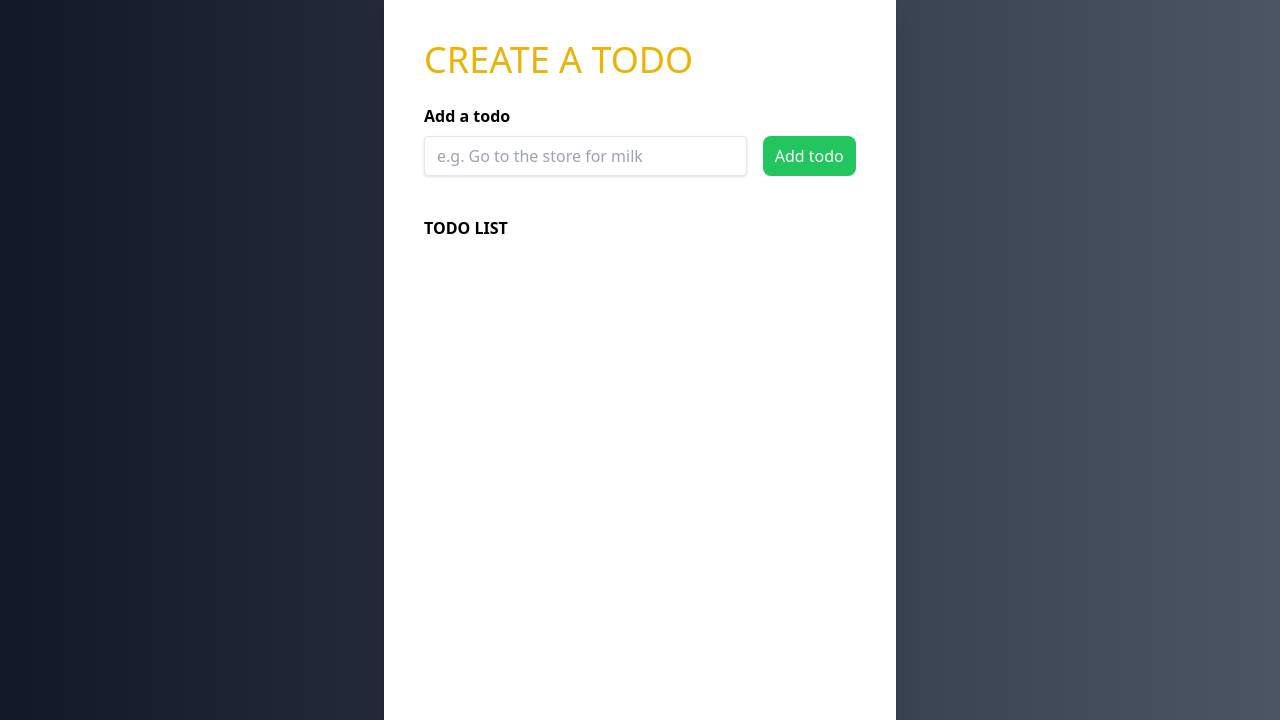
Repository: Kajo-lab/vue-todo
Page: /
An editor plug-in stored every save of this project. The page is shown before and after the next save, followed by the edit.
The browser window is 1280 px wide. The pictures show the whole page.
The project was rebuilt for these pictures with package versions that can differ from the ones it lists, and the page was loaded fresh each time. Also part of the build but not shown: vite.config.js, webpack.config.js.

Above is the page before, as saved 2022-07-07 19:21:39.

### src/main.js
import { createApp } from 'vue'
import App from './App.vue'
import "./assets/tailwind.css";

createApp(App).mount('#app')

### src/App.vue
<script setup>
import { ref, onMounted, computed, watch } from 'vue'

const todos = ref([])
const name = ref('')

const input_content = ref('')

const todos_asc = computed(() => todos.value.sort((a,b) =>{
	return a.createdAt - b.createdAt
}))

watch(name, (newVal) => {
	localStorage.setItem('name', newVal)
})

watch(todos, (newVal) => {
	localStorage.setItem('todos', JSON.stringify(newVal))
}, {
	deep: true
})

const addTodo = () => {
  if (input_content.value.trim() === '') {
    return
  }

	todos.value.push({
		content: input_content.value,
		done: false,
		editable: false,
		createdAt: new Date().getTime()
	})

	input_content.value = ''
}

const removeTodo = (todo) => {
	todos.value = todos.value.filter((t) => t !== todo)
}

onMounted(() => {
	name.value = localStorage.getItem('name') || ''
	todos.value = JSON.parse(localStorage.getItem('todos')) || []
})
</script>

<template>

<main class="bg-gradient-to-b from-gray-900 to-gray-600 bg-gradient-to-r">
	<div class="relative min-h-screen bg-white px-6 pt-10 pb-8 shadow-xl ring-1 ring-gray-900/5 sm:mx-auto sm:max-w-lg sm:px-10">
		<section class="mb-10">
		<h1 class="text-4xl text-yellow-500 mb-6">CREATE A TODO</h1>
				<h3 class="mb-2 font-bold">Add a todo</h3>
				<form id="new-todo-form" class="flex-none sm:flex" @submit.prevent="addTodo">
					<input
						class="shadow appearance-none border rounded w-full py-2 px-3 text-gray-700 leading-tight focus:outline-none focus:shadow-outline"
						type="text"
						name="content"
						id="content"
						placeholder="e.g. Go to the store for milk"
						v-model="input_content" />

					<button type="submit" class="h-10 w-full sm:w-32 text-white rounded-lg bg-green-500 hover:bg-green-600 mt-4 sm:mt-0 ml-0 sm:ml-4">Add todo</button>
				</form>
		</section>

		<section>
				<h3 class="mb-2 font-bold">TODO LIST</h3>
				<div id="todo-list">

					<div v-for="todo in todos_asc" :class="`todo-item ${todo.done && 'done'}`">
						<div class="flex-none sm:flex todo-content items-center py-2">
							<div class="flex w-full shadow appearance-none border-none rounded py-2 px-3  ">
								<label>
									<input type="checkbox" v-model="todo.done" class="bg-gray-200 hover:bg-gray-300 cursor-pointer
											w-6 h-6 border-3 border-amber-500 checked:bg-green-500 focus:outline-none rounded-full"/>
								</label>
									<input
									class="w-full appearance-none border-none rounded text-gray-700 leading-tight focus:outline-none focus:shadow-outline"
									type="text"
									v-model="todo.content" />
							</div>
							<button class="h-10 w-full sm:w-20 text-white rounded-lg bg-red-500 hover:bg-red-600 my-4 sm:my-0 ml-0 sm:ml-4" @click="removeTodo(todo)">Delete</button>
						</div>
					</div>

				</div>
		</section>
	</div>
</main>

</template>

<style src="./assets/tailwind.css"></style>

### src/assets/tailwind.css
@tailwind base;
@tailwind components;
@tailwind utilities;

.bubble {
	display: flex;
	align-items: center;
	justify-content: center;
	width: 20px;
	height: 20px;
	border-radius: 50%;
	border: 2px solid var(--business);
	box-shadow: var(--business-glow);
}


.todo-item label {
    @apply block mr-4 cursor-pointer ;
}


.todo-item.done .todo-content input {
    @apply line-through text-green-700;
}

Loaded but not shown: tailwind.config.js (common file)

After the next save:
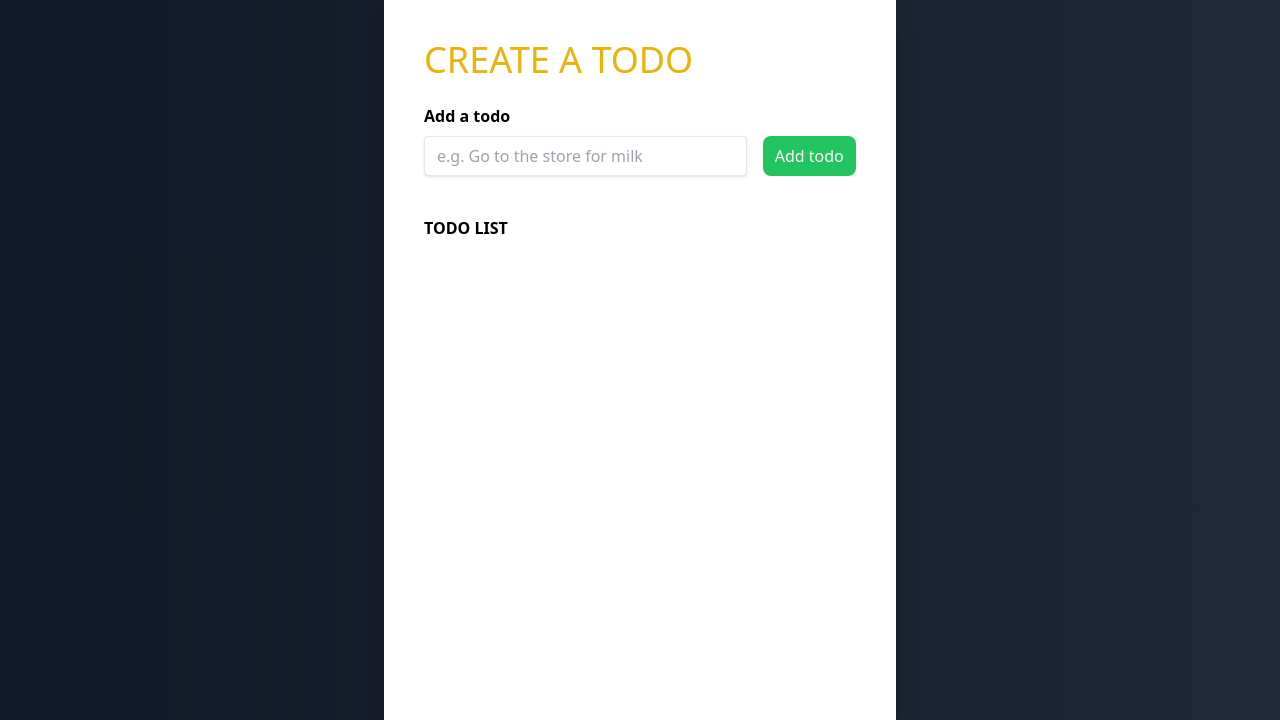
Saved 10 s later.
--- a/src/App.vue
+++ b/src/App.vue
@@ -47,7 +47,7 @@ onMounted(() => {
 
 <template>
 
-<main class="bg-gradient-to-b from-gray-900 to-gray-600 bg-gradient-to-r">
+<main class="bg-gradient-to-b from-gray-900 to-gray-800 bg-gradient-to-r">
 	<div class="relative min-h-screen bg-white px-6 pt-10 pb-8 shadow-xl ring-1 ring-gray-900/5 sm:mx-auto sm:max-w-lg sm:px-10">
 		<section class="mb-10">
 		<h1 class="text-4xl text-yellow-500 mb-6">CREATE A TODO</h1>
